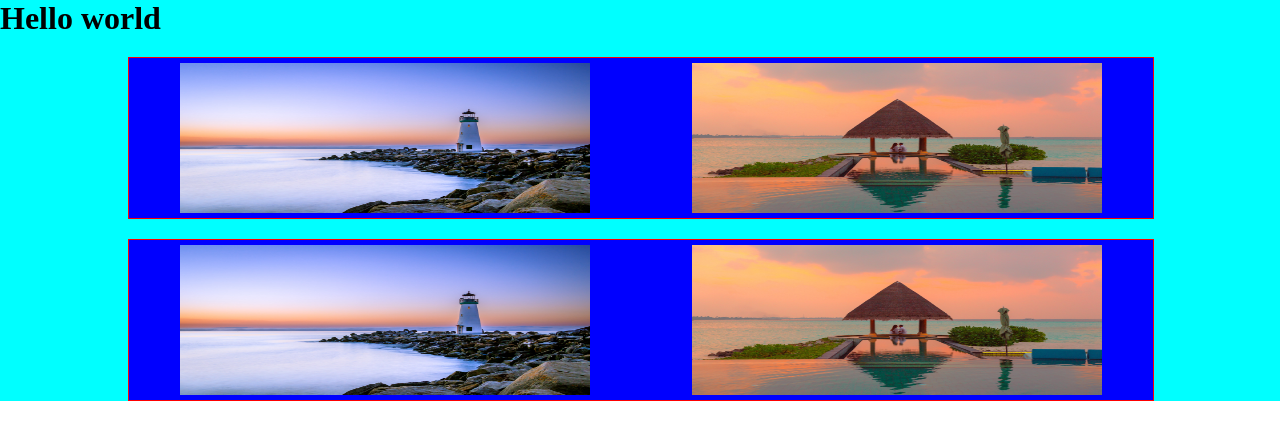
Repository: RPSKumara/DPEdudationPyhton
Page: ImageStyle/index.html
An editor plug-in stored every save of this project. The page is shown before and after the next save, followed by the edit.
The browser window is 1280 px wide. The pictures show the whole page.

Above is the page before, as saved 2022-04-20 10:24:53.

After the next save:
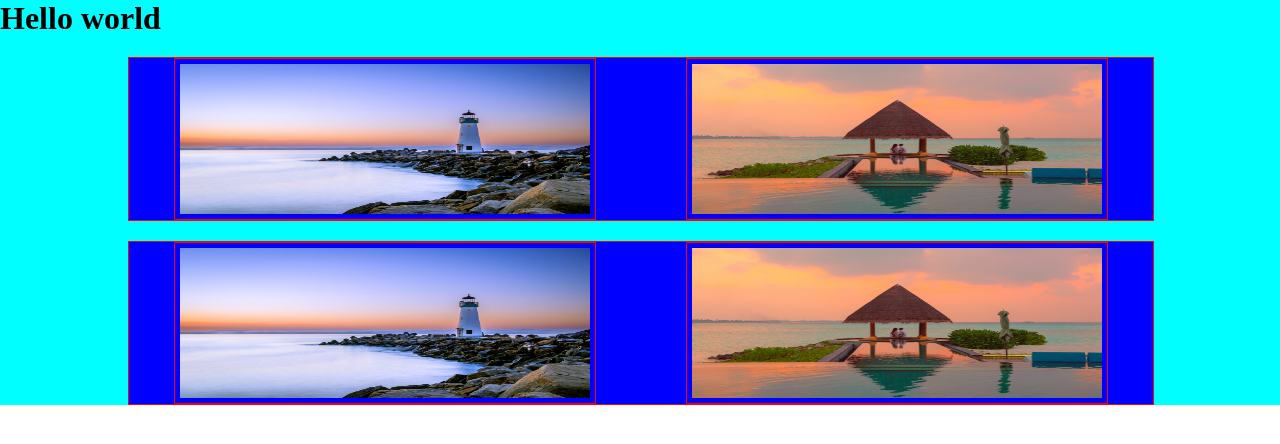
Saved 68 s later.
--- a/ImageStyle/style.css
+++ b/ImageStyle/style.css
@@ -18,7 +18,7 @@
 }
 .previewImg{
     width: 40%;
-    margin: red solid 1.5px;
+    border: red solid 1.5px;
     padding: 5px;
     max-height: 150px;
     min-height: 150px;
